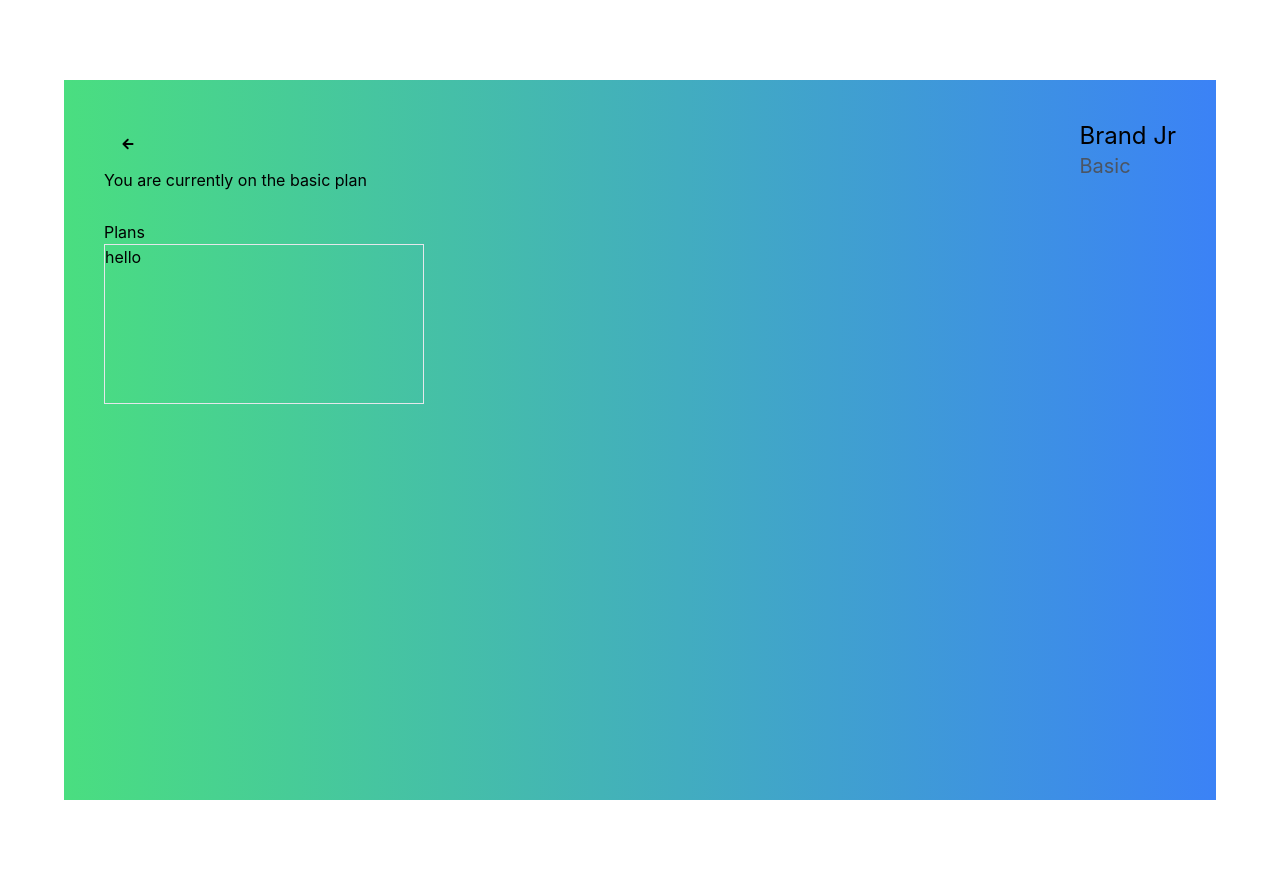
Repository: brandford7/music-player
Page: /subscription
These files come from the project's save history. The page is drawn as it stood at one moment and after a run of saves; the edit follows.
The browser window is 1280 px wide. The pictures show the whole page.
The project was rebuilt for these pictures with package versions that can differ from the ones it lists, and the page was loaded fresh each time. The framework's server and built-in components were replaced by stand-ins that run in the browser. Also part of the build but not shown: next.config.js, components/Sidebar.jsx, components/MusicButton.jsx, components/MusicCard.jsx, components/SongList.jsx, components/PlaylistComponent.jsx, components/LibraryComponent.jsx.

Above is the page before, as saved 2022-11-19 21:29:21.

### pages/subscription.js
import React from "react";
import { SubscriptionComponent } from "../components";

const Subscription = () => {
  return (
    <div className="flex mx-auto max-w-6xl my-20 space-x-10 h-screen p-10 bg-gradient-to-r from-green-400 to-blue-500">
      <SubscriptionComponent />
    </div>
  );
};

export default Subscription;

### styles/globals.css
@tailwind base;
@tailwind components;
@tailwind utilities;



html,
body {
  padding: 0;
  margin: 0;
  font-family: -apple-system, BlinkMacSystemFont, Segoe UI, Roboto, Oxygen,
    Ubuntu, Cantarell, Fira Sans, Droid Sans, Helvetica Neue, sans-serif;
}

a {
  color: inherit;
  text-decoration: none;
}

* {
  box-sizing: border-box;
}

@media (prefers-color-scheme: dark) {
  html {
    color-scheme: dark;
  }
  body {
    color: white;
    background: black;
  }
}

### components/index.js
export { default as Sidebar } from './Sidebar';
export { default as UserAvatar } from './UserAvatar';
export { default as MusicCard } from './MusicCard';
export { default as MusicButton } from './MusicButton';
export { default as SongList } from './SongList';
export { default as PlaylistComponent } from './PlaylistComponent';
export { default as LibraryComponent } from './LibraryComponent';
export { default as SubscriptionComponent } from './SubscriptionComponent';
export { default as Plans} from './Plans';

### components/UserAvatar.jsx
import React from "react";

const UserAvatar = ({ image, name, subscription }) => {
  return (
    <div className="flex flex-col ">
      <img src={image} alt="" />
      <h2 className="text-2xl">{name}</h2>
      <p className="text-gray-600 text-xl"> {subscription}</p>
    </div>
  );
};

export default UserAvatar;

### components/SubscriptionComponent.jsx
import React from "react";
import { IoMdArrowRoundBack } from "react-icons/io";
import { useRouter } from "next/router";
import UserAvatar from "./UserAvatar";
import Plans from "./Plans";

const SubscriptionComponent = () => {
  const router = useRouter();

  return (
    <div className="w-full">
      <section className="flex justify-between">
        <section className="">
          <div className="m-4 cursor-pointer" onClick={() => router.back()}>
            <IoMdArrowRoundBack />
          </div>
          <h1>You are currently on the basic plan</h1>
        </section>
        <section className="flex justify-end mb-10">
          <UserAvatar name="Brand Jr" subscription="Basic" />
        </section>
          </section>
          <Plans/>
    </div>
  );
};

export default SubscriptionComponent;

### components/Plans.jsx
import React from "react";

const Plans = () => {
  return (
    <div>
      <h1>Plans</h1>
      <section>
        <div className='flex h-40 w-80 border '>hello</div>
      </section>
    </div>
  );
};

export default Plans;

Loaded but not shown: pages/_app.js (common file); tailwind.config.js (common file)

After the next 4 saves:
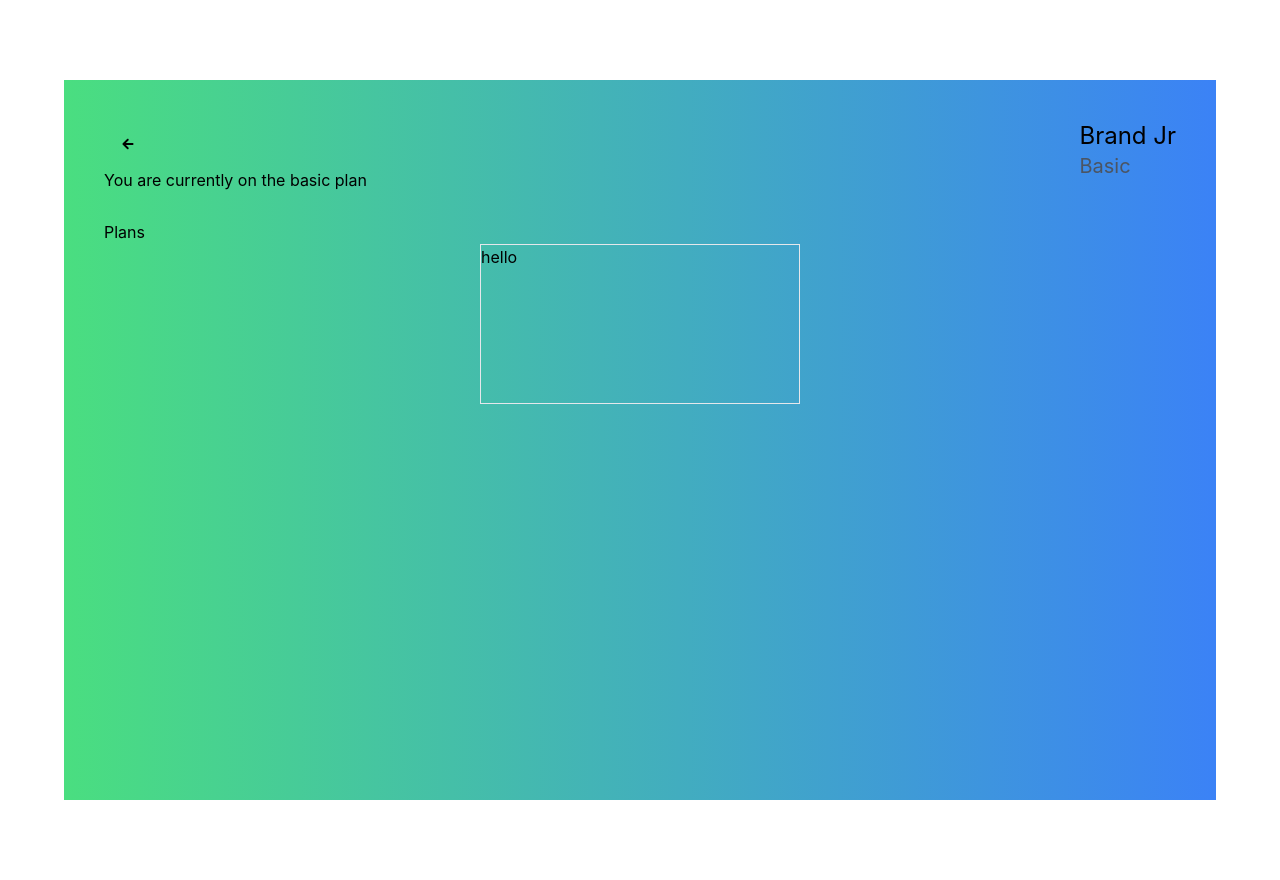
The 4 saves are shown as one change because they came seconds apart.
The last was saved 23 s later.
--- a/components/Plans.jsx
+++ b/components/Plans.jsx
@@ -5,7 +5,7 @@ const Plans = () => {
     <div>
       <h1>Plans</h1>
       <section>
-        <div className='flex h-40 w-80 border '>hello</div>
+        <div className='flex mx-auto h-40 w-80 border '>hello</div>
       </section>
     </div>
   );
